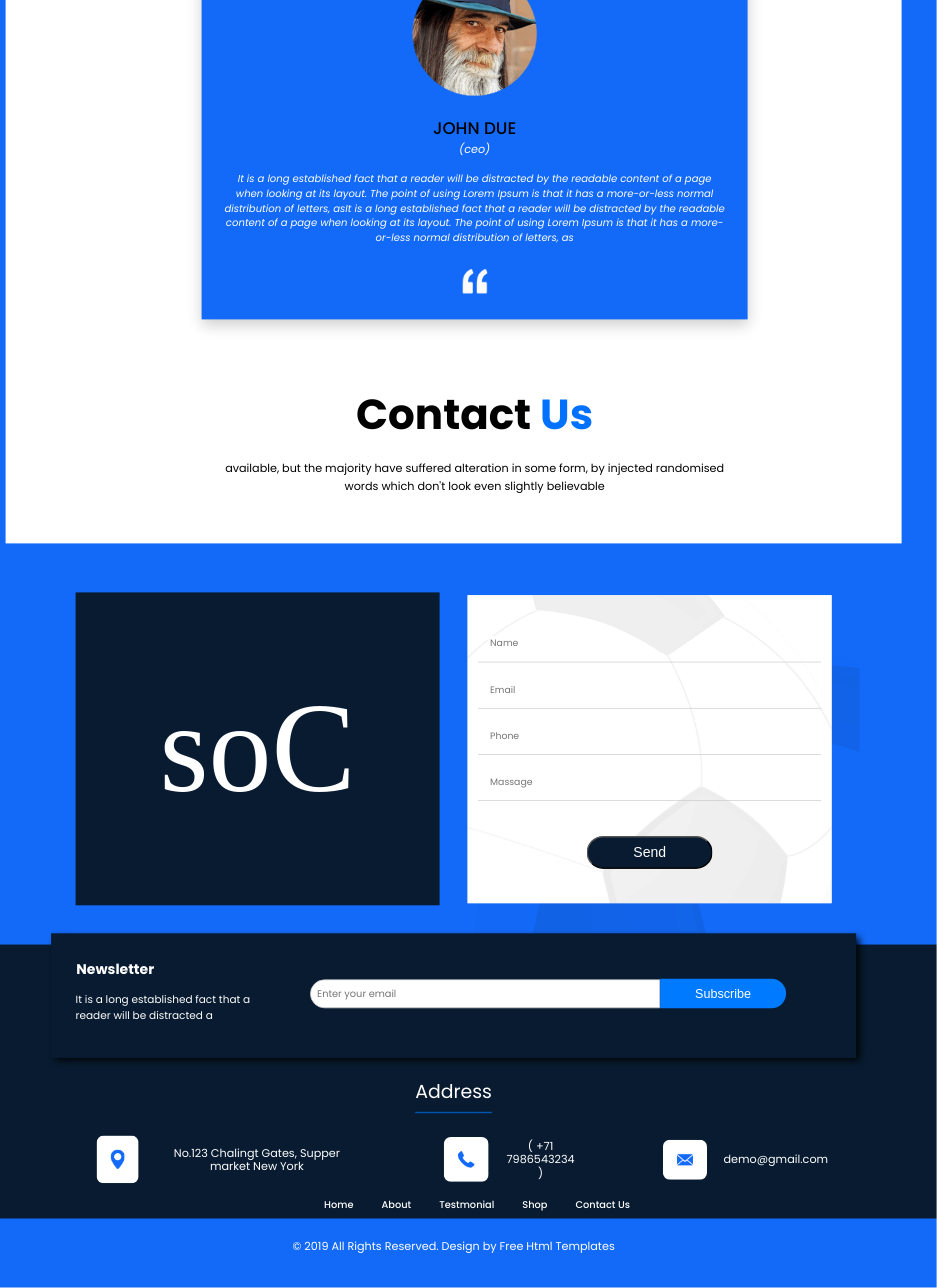
Repository: Vinicius9922/Projeto-Web
Page: index.html
These files come from the project's save history. The page is drawn as it stood at one moment and after the next save; the edit follows.
The browser window is 1280 px wide. The page is 1338 px wide, so the pictures cover 1338 px, including what lies to the right of the window. The pictures show the part of the page from y = 3055 to 4895 px (the page is 4895 px tall before and 4885 px after), at 70% of full size.

Above is the page before, as saved 2024-12-14 13:25:22.

### index.html
<!DOCTYPE html>
<html>

<head>
    <meta charset="UTF-8">
    <meta name="viewport" content="width=device-width, initial-scale=1.0">
    <link rel="stylesheet" href="index.css">
    <link rel="preconnect" href="https://fonts.googleapis.com">
    <link rel="preconnect" href="https://fonts.gstatic.com" crossorigin>
    <link
        href="https://fonts.googleapis.com/css2?family=Lora:ital,wght@0,400..700;1,400..700&family=Poppins:ital,wght@0,100;0,200;0,300;0,400;0,500;0,600;0,700;0,800;0,900;1,100;1,200;1,300;1,400;1,500;1,600;1,700;1,800;1,900&display=swap"
        rel="stylesheet">
    <title>Index</title>
</head>

<body class="main-layout">
    <header>
        <div class="header">
            <div class="container">
                <div class="logo"><img src="img/logo.png" alt="logo"></div>
                <div class="navBar">
                    <nav>
                        <ul class="menuNav">
                            <li>HOME</li>
                            <li>ABOUT</li>
                            <li>TESTMONIAL</li>
                            <li>SHOP</li>
                            <li>CONTACT US</li>
                            <li><img id="lupa" src="img/search_icon.png"></li>
                        </ul>
                    </nav>
                </div>
            </div>
        </div>
    </header>
    <section>
        <div class="container">
            <div class="carroussel">
                <div class="textCarroussel">
                    <h1>Welcome to <strong class="color">Our Shop</strong></h1>
                    <p>There are many variations of passages of Lorem Ipsum available, but the majority have
                        suffered
                        alteration in some form, by injected humour</p>
                    <button class="botao-carrossel">Buy Now</button>
                    <button class="botao-carrossel">About</button>
                </div>
            </div>
            <div class="img-carroussel">
                <div>
                    <figure><img id="img-carroussel" src="img/boksing-gloves.png" alt="img" /></figure>
                </div>
            </div>
        </div>
    </section>

    <div class="parte branca">
        <h1>Our <span>Products</span></h1>
        <p>There are many variations of passages of Lorem ipsum available, but the majority have suffered alteration in
            some form, by injected randomised words wich don't look even slightly believable</p>
    </div>

    <div class="container3">

        <div class="imagem1">
            <img src="img/basketball.png" alt="bola">
            <p>$<span class="valor">50</span></p>
            <p class="p1">Basket ball</p>
        </div>
        <div class="imagem2">
            <img src="img/t-shirt.png" alt="camiseta">
            <p>$<span class="valor">50</span></p>
            <p class="p1">T-shirt</p>
        </div>
        <div class="imagem3">
            <img src="img/game.png" alt="game">
            <p>$<span class="valor">50</span></p>
            <p class="p1">Game</p>
        </div>
        <div class="imagem4">
            <img src="img/basketball.png" alt="bola">
            <p>$<span class="valor">50</span></p>
            <p class="p1">Basket ball</p>
        </div>
        <div class="imagem5">
            <img src="img/t-shirt.png" alt="camiseta">
            <p>$<span class="valor">50</span></p>
            <p class="p1">T-shirt</p>
        </div>
        <div class="imagem6">
            <img src="img/game.png" alt="game">
            <p>$<span class="valor">50</span></p>
            <p class="p1">game</p>
        </div>

    </div>
    <div class="branca2">
        <h1> About <span>Us</span></h1>
        <p>There are many variations of passages of Lorem ipsum available, but the majority have suffered alteration in
            same form, by injected randomised words which dont´t look even slightly believable</p>
    </div>

    <div class="shield">
        <div class="texto-shield">
            <h1 class="textobranco">Best sports item shop our</h1>
            <p class="p2">There are many variations of passages of Lorem Ipsum available, but the majority have suffered
                alteration in some form, by injected randomised words which don't look even slightly believableThere are
                many variations of passages of Lorem Ipsum available, but the majority have suffered alteration in some
                form, by injected randomised words which don't look even slightly believable</p>

            <div class="btn_main">
                <a class="botao" href="#" role="button">Read More</a>
            </div>
        </div>
        <div class="child">
            <figure><img src="img/child-image.png">
            </figure>
        </div>
    </div>

    <!-- aaaaaaaaaaaaaaaaaaaa -->
    <div class="testimonial-contato">
        <div class="testominal">
            <h2> Testmonial</h2>
            <span>available, but the majority have suffered alteration in some form, by
                injected randomised words which don't look even slightly believable</span>
        </div>

        <div class="Jao">
            <div class="john_image"><img src="img/john-image.png"></div>
            <div class="john_text"><span class="name">JOHN DUE</span><span class="role">(ceo)</span></div>
            <p class="texto-generico">It is a long established fact that a reader will be distracted by the readable
                content of a page when looking at its layout. The point of using Lorem Ipsum is that it has a
                more-or-less normal distribution of letters, asIt is a long established fact that a reader will be
                distracted by the readable content of a page when looking at its layout. The point of using Lorem Ipsum
                is that it has a more-or-less normal distribution of letters, as </p>
            <div class="icon_image"><img src="img/icon-1.png"></div>
        </div>

        <div class="Contato">
            <h2><span class="contact">Contact</span><span class="us"> Us</span></h2>
            <span class="contact-text">available, but the majority have suffered alteration in some form, by
                injected randomised words which don't look even slightly believable</span>
        </div>
    </div>


    <!-- aaaaaaaaaaaaaaaaaaaa -->



    <div class="container2">
        <div class="formulario">
            <div class="box-left">
                <div class="soc">soC</div>
            </div>
            <div class="box-right">
                <form>
                    <div class="grupo-form">
                        <input type="text" class="form" placeholder="Name" name="Name">
                    </div>
                    <div class="grupo-form">
                        <input type="email" class="form" placeholder="Email" name="Email">
                    </div>
                    <div class="grupo-form">
                        <input type="text" class="form" placeholder="Phone" name="Phone">
                    </div>
                    <div class="grupo-form">
                        <input type="text" class="form" placeholder="Massage" name="mensagem">
                    </div>
                    <div class="send-button">
                        <button type="submit" class="botao-env">Send</button>
                    </div>
                </form>
            </div>
        </div>
        <div class="box-down">
            <div class="text-news">
                <h2 class="Newsletter">Newsletter</h2>
                <p class="text-newsletter">It is a long established fact that a reader will be distracted a</p>
            </div>
            <div class="email-news">
                <input type="email" class="news-email" placeholder="Enter your email" name="Email">
            </div>
            <div class="Subscribe">
                <button class="subs-button" type="Subscribe">Subscribe</button>
            </div>
        </div>

        <div class="footer">
            <div>
                <div>
                    <div>
                        <div class="titulo">
                            <h2 class="titulo_texto">Address</h2>
                        </div>
                    </div>
                </div>
            </div>
            <div class="endereco">
                <div>
                    <div class="icones">
                        <div class="site_info">
                            <div class="img-icon">
                                <span class="info_icon"><img src="img/map-icon.png" /></span>
                            </div>
                            <span>No.123 Chalingt Gates, Supper market New York</span>
                        </div>
                    </div>
                    <div class="icones">
                        <div class="site_info">
                            <div class="img-icon">
                                <span class="info_icon"><img src="img/phone-icon.png" /></span>
                            </div>
                            <span>( +71 7986543234 )</span>
                        </div>
                    </div>
                    <div class="icones">
                        <div class="site_info">
                            <div class="img-icon">
                                <span class="info_icon"><img src="img/email-icon.png" /></span>
                            </div>
                            <span>demo@gmail.com</span>
                        </div>
                    </div>
                </div>
            </div>

            <div class="menu_main">
                <div class="menu_text">
                    <ul>
                        <li>Home</li>
                        <li>About</li>
                        <li>Testmonial</li>
                        <li>Shop</li>
                        <li>Contact Us</li>
                    </ul>
                </div>
            </div>
        </div>
        <div class="last-info">
            <div class="trademark">
                <p>© 2019 All Rights Reserved. Design by Free Html Templates</p>
            </div>
        </div>
    </div>

</body>

</html>

### index.css
@import url('https://fonts.googleapis.com/css2?family=Lora:ital,wght@0,400..700;1,400..700&family=Poppins:ital,wght@0,100;0,200;0,300;0,400;0,500;0,600;0,700;0,800;0,900;1,100;1,200;1,300;1,400;1,500;1,600;1,700;1,800;1,900&display=swap');

body {
    width: 100%;
    font-family: Poppins, normal;
    background-color: #136af8;
    background: linear-gradient(to bottom, #136af8 90%, #081b30 90%, #081b30 98%, #136af8 98% );
}

header {
    background-color: #136af8;
    padding: 0px;
}

.container {
    display: flex;
    align-items: center;
    justify-content: space-between;
    margin: 40px 200px;
}

li:hover {
    text-decoration: underline;
    cursor: pointer;
    font-weight: bolder;
}

ul {
    color: white;
    list-style-type: none;
    display: flex;
    margin: 0;
    padding: 0;
    gap: 40px;
    font-weight: 500;
}

#lupa {
    margin-left: 20px;
}

.logo {
    margin-left: 60px;
}

section {
    background-color: #136af8;
    display: flex;
}

.textCarroussel {
    text-align: left;
    margin-left: 60px;
    padding-left: 15px;
}

.textCarroussel p,
strong {
    color: white;
}

.color {
    font-weight: bolder;
}

.textCarroussel h1 {
    font-family: Poppins;
    font-weight: bold;
    font-size: 65px;
    line-height: 74px;
    color: #081b30;
}

.textCarroussel p {
    font-size: 16px;
}

button {
    min-width: 180px;
    color: white;
    background-color: #081b30;
    padding: 10px 50px;
    border-radius: 30px;
    display: inline-block;
    font-size: 20px;
    margin-top: 40px;
    cursor: pointer;
}

button:hover {
    background-color: #032b58;
}

button+button {
    margin-left: 15px;
}

#img-carroussel {
    max-width: 110%;
    height: auto;
    display: block;
}


.parte.branca {
    background-color: white;
    text-align: center;
    padding: 40px 280px;
}

.parte.branca h1 {
    font-size: 50px;
    color: black;
    text-align: left;
    font-weight: 800;
    margin: 5px;
}

.parte.branca h1 span {
    color: #0072ff;

}

.parte.branca p {
    font-size: 18px;
    margin-top: 10px;
    text-align: left;
    font-weight: 400;
    margin: 5px;
}

/* Grade de produtos */
.container3 {
    display: grid;
    grid-template-columns: repeat(3, 1fr);
    gap: 20px;
    column-gap: 30px;
    padding-left: 250px;
    padding-right: 250px;
    padding-top: 40px;
    padding-bottom: 40px;
    background-color: #001f3f;
}


.container3 div {
    text-align: center;
    background-color: white;
    padding: 20px;
    box-shadow: 0 5px 10px rgba(0, 0, 0, 0.1);
}

.container3 img {
    width: 300px;
    height: 300px;
    margin-bottom: 10px;
}

.container3 div .valor {
    margin: 5px 0;
    font-size: 26px;
    color: #0072ff
}

.container3 div p {
    font-size: 26px;
    color: black;
    margin: 3px;
}

/* Sessão "About Us" */
.branca2 {
    background-color: white;
    text-align: left;
    padding: 40px 280px;
}

.branca2 h1 {
    font-size: 50px;
    color: black;
    text-align: left;
    font-weight: 800;
    margin: 5px;
}

.branca2 h1 span {
    color: #0072ff;
}

.branca2 p {
    font-size: 18px;
    margin-top: 10px;
    text-align: left;
    font-weight: 400;
    margin: 5px;
}

/* Sessão "Best sports item shop our" */
.shield {
    display: flex;
    justify-content: space-between;
    align-items: center;
    background-color: #0072ff;
    color: white;
    padding-left: 200px;
    padding-right: 200px;
    gap: 20px;
}

.texto-shield {
    text-align: left;
}

.shield h1 {
    font-size: 35px;
    color: rgb(255, 255, 255);
    text-align: left;
    font-weight: 700;
    margin: 5px;
}

.shield .p2 {
    font-size: 16px;
    margin-top: 10px;
    text-align: left;
    font-weight: 300;
    margin-bottom: 50px;
}

.btn_main .botao {
    text-decoration: none;
    background-color: black;
    color: white;
    padding: 10px 20px;
    border-radius: 30px;
    font-size: 17px;
    transition: 0.5s ease, color 0.4s ease 0.1s;
}

.botao:hover {
    background-color: #fbfbfb;
    color: black;
}

.child {
    margin: 0px;
}

.child img {
    height: 500px;
    width: 500px;
    display: flex;
    border: 15px solid #fff;
}

/* aaaaaaaaaaaaaaaaaaaaaaaaaaaaa */



.testimonial-contato {
    background-color: white;
    text-align: center;
    padding: 40px 280px;
 }


.testimonial {
    text-align: center;
    padding: 50px;
    color: white;
    width: 100%;
    border-radius: 10px;
    margin-bottom: 30px;
}

.testominal h2 {
    font-size:2.5em;
    margin-bottom: 20px;

}

.testimonial span {
    font-size: 1.2em;
    color: #f0f0f0;
}

.Jao {
    display: flex;
    flex-direction: column;
    align-items: center;
    margin-top: 30px;
    background-color: #136af8; /* Blue background */
    padding: 30px;
    box-shadow: 0px 8px 20px rgba(0, 0, 0, 0.2);
    color: white;
    width: 100%;
    margin-bottom: 30px;
}

.john_image img {
    width: 180px;
    height: 180px;
    border-radius: 50%;
    margin-bottom: 20px;
}

.john_text .name {
    font-size: 1.5em;
    color:black;
    font-weight: 500;
}

.john_text .role {
    font-style: italic;
    font-size: 1.0em;
    display:block;
}

.texto-generico {
    font-size: 0.9em;
    color: #fff;
    text-align: center;
    font-style: italic;
    margin-top: 20px;
}

.icon_image img {
    width: 35px;
    height: 35px;
    margin-top: 20px;
}

.Contato {
    text-align: center;
    margin-top: 40px;
    padding: 30px;
    width: 100%;
    border-radius: 10px;
}

.Contato .contact {
    font-size: 2.5em;
    margin-bottom: 20px;
}

.Contato .us {
    font-size: 2.5em;
    margin-bottom: 20px;
    color:#0072ff;
}

.Contato .contact-text {
    font-size: 1.0em;
}












.container2 {
    display: flex;
    align-items: center;
    justify-content: space-between;
    margin: 30px 100px;
    flex-direction: column;
}

.formulario {
    flex: auto;
    display: flex;
    justify-content: space-between;
    align-items: center;
    border-radius: 10px;
    padding: 40px;
    justify-content: center;
    gap: 40px;
    background-image: url('img/contact-banner.png');
}

.grupo-form {
    width: 100%;
    padding: 15px;
    margin-bottom: 10px;
    border-bottom: 1px solid #ccc;
}

form {
    display: flex;
    flex-direction: column;
    align-items: center;
    width: 460px;
    height: 360px;
}

.form {
    border: none;
    width: 100px;
    margin: 0px;
}

.box-left {
    background-color: #081b30;
    color: white;
    text-align: center;
    font-family: apple;
    font-size: 180px;
    padding: 10% 10%;
    padding: 120px;
}

.box-right {
    height: auto;
    background-color: #f2f2f2;
    background-image: url('img/boll_bg.png');
    padding: 40px 30px;
}

.box-left,
.box-right {
    width: 50%;
}

input {
    border: none;
    outline: none;
    width: 100%;
}

input,
textarea {
    font-family: Poppins, normal;
    color: #a4a0a0;
    width: 100%;
}

.box-down {
    display: flex;
    align-items: row;
    background-color: #081b30;
    color: white;
    width: 1150px;
    box-shadow: 5px 5px 10px 0 rgba(0, 0, 0, 0.9);
}

.text-news {
    display: flex;
    flex-direction: column;
    max-width: 300px;
    padding-left: 35px;
    font-size: 12px;
    padding: 35px;
}

.Newsletter {
    margin: 1px;
    font-size: 20px;
}

.text-newsletter {
    font-size: 15px;
}

.email-news {
    display: flex;
    align-items: center;
    height: 172px;
}

.Subscribe {
    display: flex;
    align-items: center;
    height: 132px;
}

.news-email {
    padding: 9px;
    font-size: 14px;
    border: 1px solid #ccc;
    border-radius: 25px 0 0 25px;
    width: 500px;
    height: 41px;
    box-sizing: border-box;
}

.subs-button {
    font-size: 18px;
    color: white;
    background-color: #007BFF;
    border: none;
    border-radius: 0 25px 25px 0;
    cursor: pointer;
    height: 42px;

}

.subs-button:hover {
    background-color: #0056b3;
}


.footer{
    font-size: 18px;
    margin-top: 10px;
    text-align: center;
    font-weight: 400;
    margin: 5px;
}

.titulo_texto{
    color:white;
    text-decoration-line: underline;
    text-decoration-color: #0056b3;
    text-underline-offset: 20px;
    font-weight:400;
}

.endereco > div {
    display: flex;
    gap: 100px;
    align-items: center;
}

.icones {
    display: flex;
    align-items: center;
    gap: 10px;
    color:white;
}

.info_icon img {
    width: auto;
    height: auto;
    background-color:white;
    border-radius: 10px;
    padding: 20px;
    display: block;
}

.site_info {
    display: flex;
    align-items: center;
}

.site_info span {
    line-height: 1.2;
    font-size: 16px;

}
.img-icon {
    display: flex;
    align-items: center;
    justify-content: center;
    width: 50px;
    height: 50px;
    background-color: white;
    border-radius: 10px;
    margin:30px;
}

.menu_text ul{
    font-size: 14px;
    text-align: center;
    padding:0px 00px 0px 350px;
    align-items:center;
    margin-bottom: 15px;
}

.menu_text li:hover{
    color:#0072ff;
    cursor: pointer;
    text-decoration:none;
}
.trademark{
   color:white;
   align-items:center;
   margin-top: 15px;
}

After the next save:
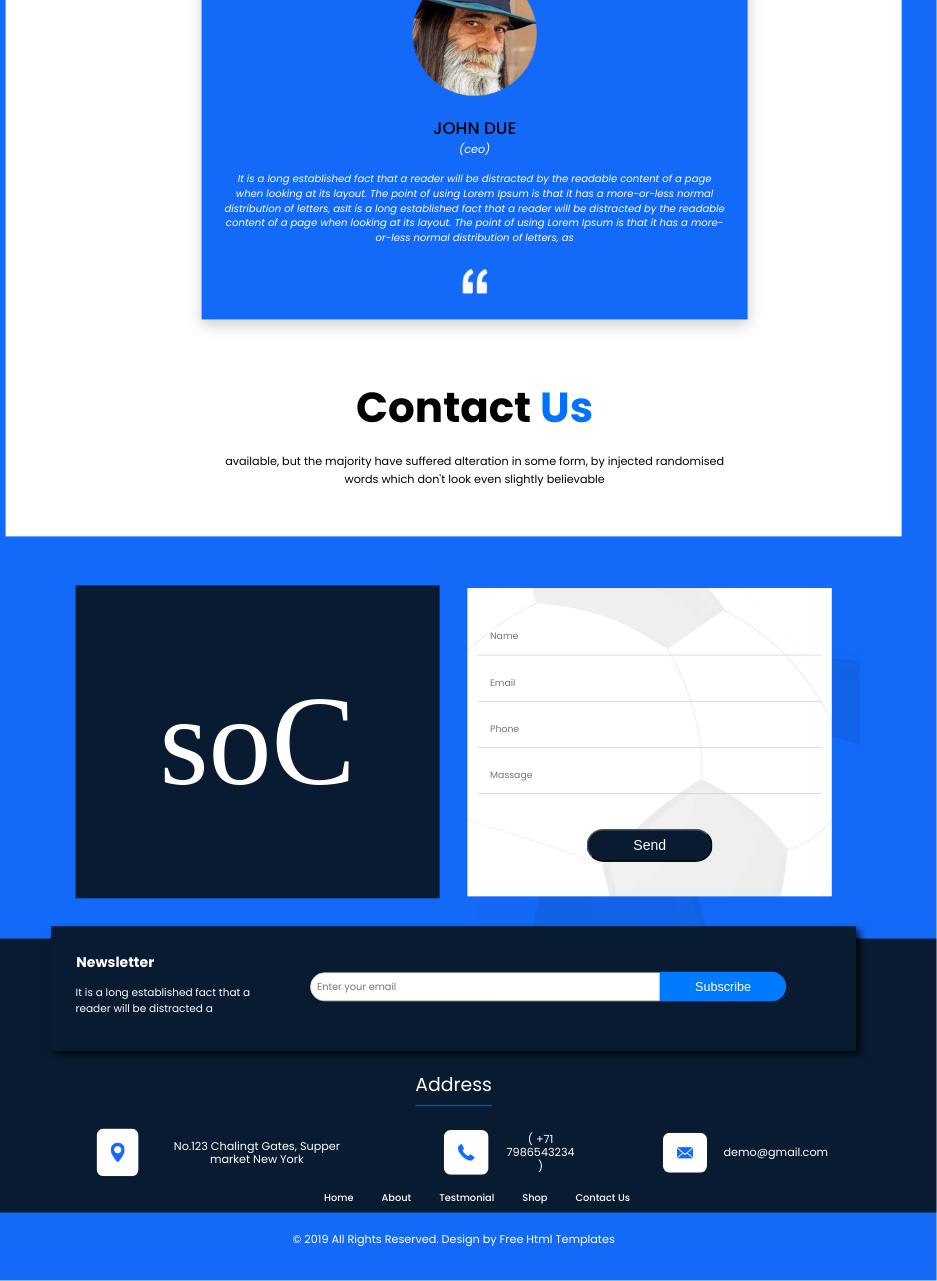
Saved 8 s later.
--- a/index.css
+++ b/index.css
@@ -332,7 +332,7 @@
 
 .Contato {
     text-align: center;
-    margin-top: 40px;
+    margin-top: 10px;
     padding: 30px;
     width: 100%;
     border-radius: 10px;
